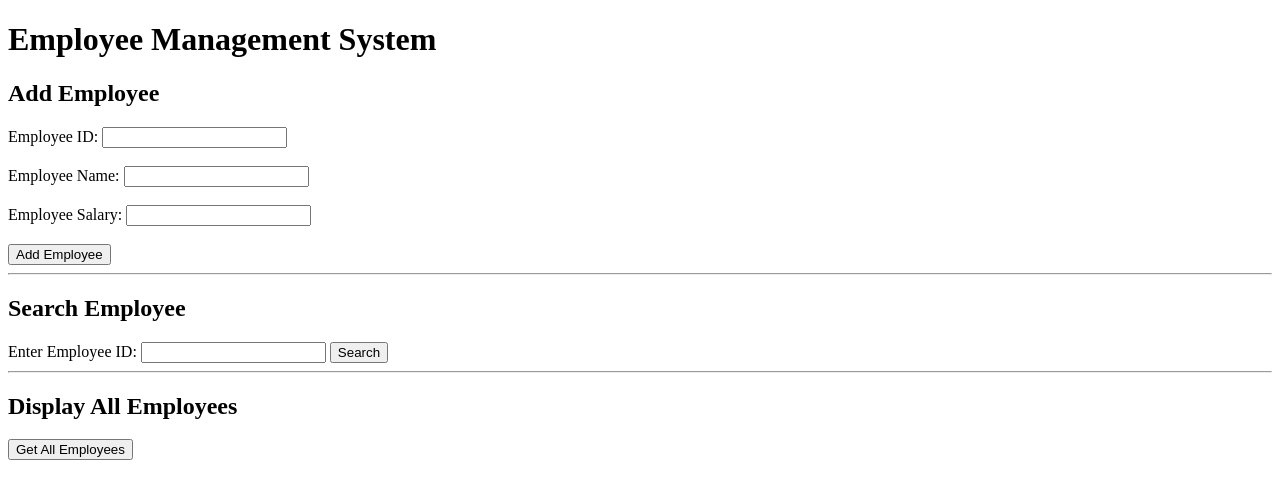
Repository: Jagruti1511/jagrutisuryawanshi_fbswork
Page: Advance Java/WorkSpaceFor Advance Java/DemoFebServlet/src/main/webapp/WEB-INF/employee.html
These files come from the project's save history. The page is drawn as it stood at one moment and after the next save; the edit follows.
The browser window is 1280 px wide. The pictures show the whole page.

Above is the page before, as saved 2026-08-25 09:02:31.

After the next save:
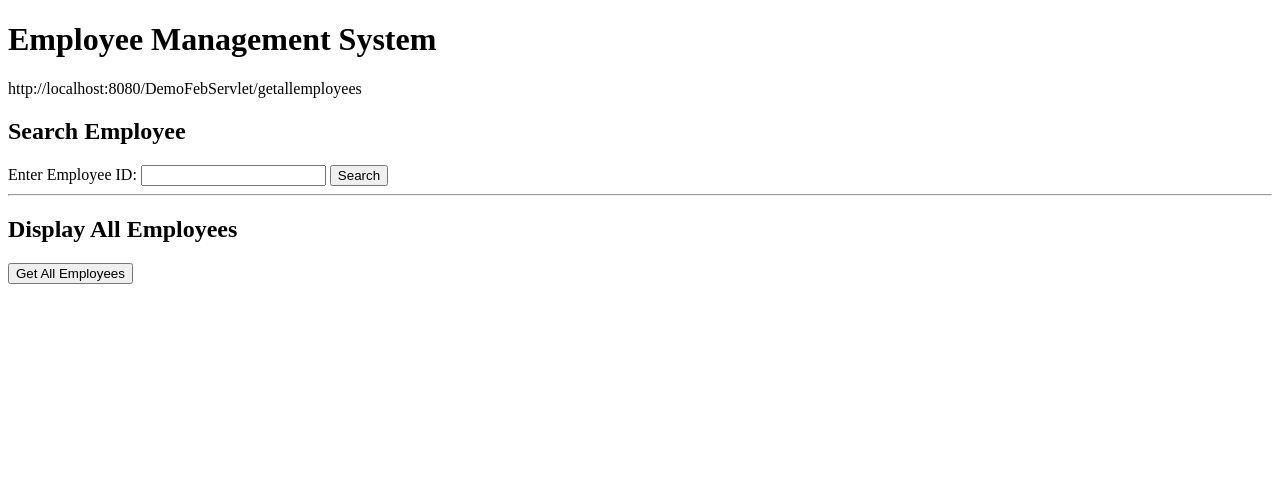
Saved 3 min 56 s later.
--- a/Advance Java/WorkSpaceFor Advance Java/DemoFebServlet/src/main/webapp/WEB-INF/employee.html
+++ b/Advance Java/WorkSpaceFor Advance Java/DemoFebServlet/src/main/webapp/WEB-INF/employee.html
@@ -12,33 +12,7 @@
 
     <!-- ================= ADD EMPLOYEE ================= -->
 
-    <h2>Add Employee</h2>
-
-    <form action="/DemoFebServlet/addemployee" method="post">
-
-        <label>Employee ID:</label>
-        <input type="number" name="id" required>
-
-        <br><br>
-
-        <label>Employee Name:</label>
-        <input type="text" name="name" required>
-
-        <br><br>
-
-        <label>Employee Salary:</label>
-        <input type="number" name="salary" step="0.01" required>
-
-        <br><br>
-
-        <button type="submit">Add Employee</button>
-
-    </form>
-
-
-    <hr>
-
-
+    http://localhost:8080/DemoFebServlet/getallemployees
     <!-- ================= SEARCH EMPLOYEE ================= -->
 
     <h2>Search Employee</h2>
